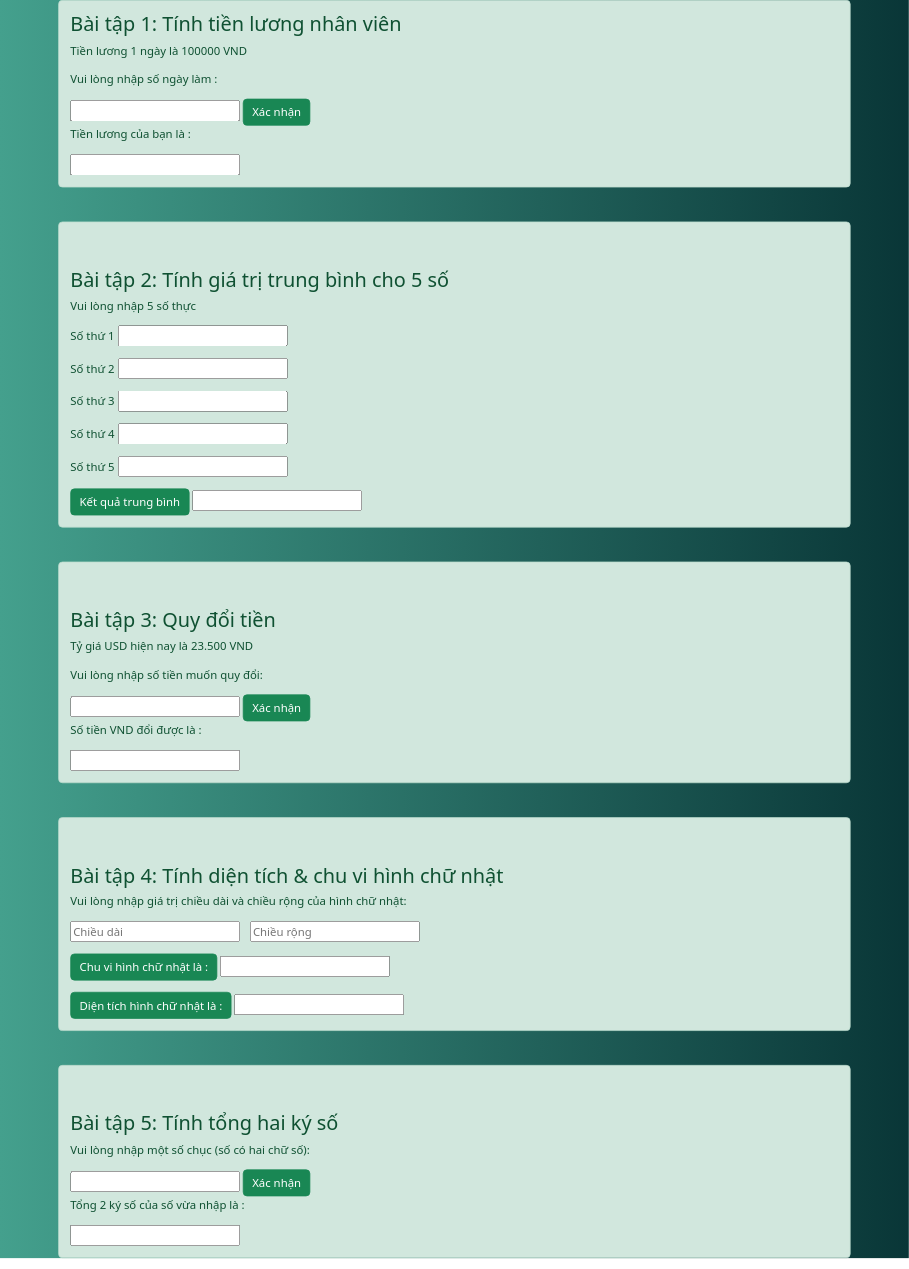
Repository: hcozyph/TranHuuPhuoc_BC43_BT_JS_Buoi2
Page: index.html
An editor plug-in stored every save of this project. The page is shown before and after the next save, followed by the edit.
The browser window is 1280 px wide. The pictures show the whole page, at 71% of full size.

Above is the page before, as saved 2023-02-03 20:30:59.

After the next save:
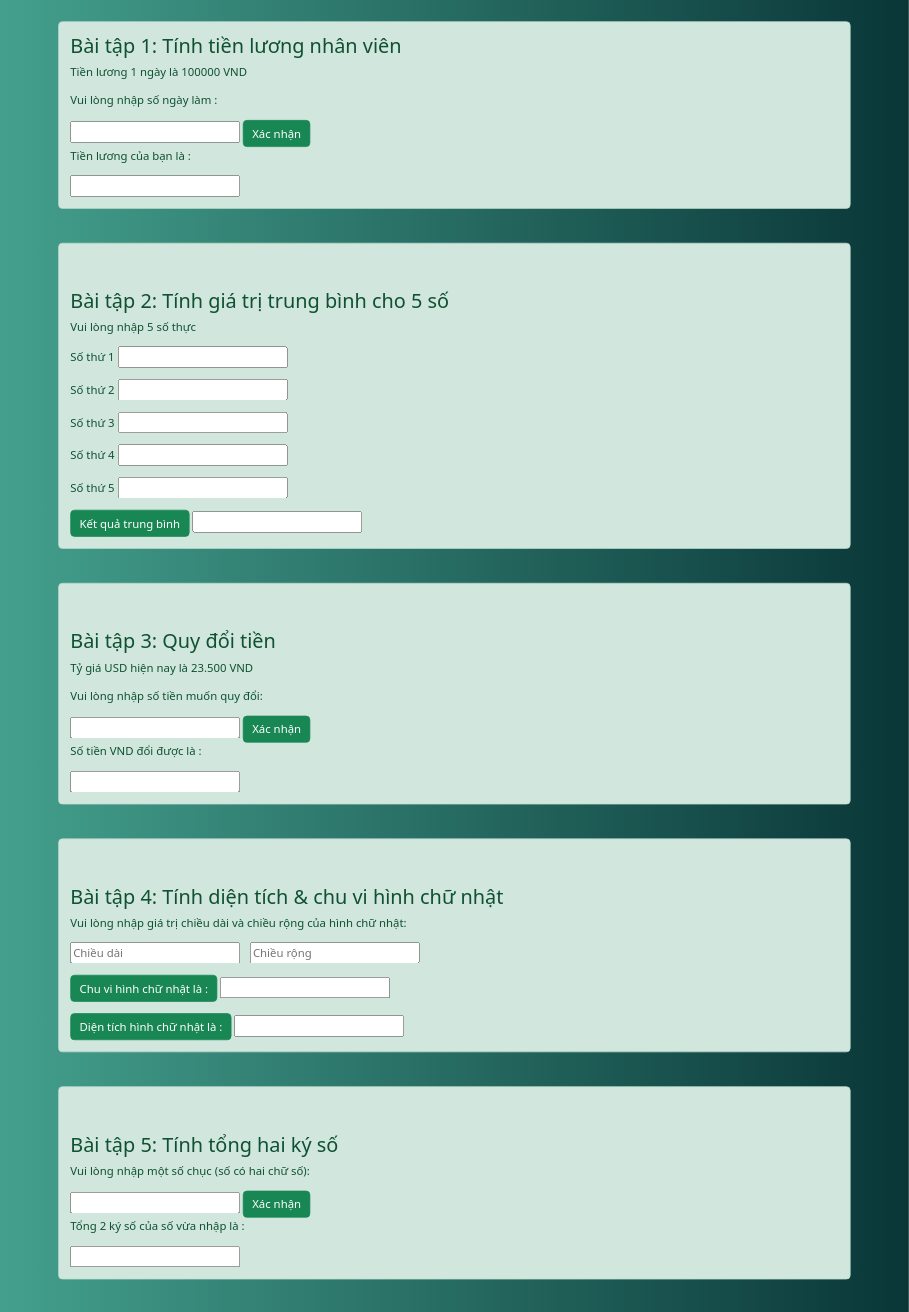
Saved 12 s later.
--- a/style/index.css
+++ b/style/index.css
@@ -1,7 +1,7 @@
 .btvn {
-    width: 100 vw;
     background: linear-gradient(to right, rgb(68, 160, 141), rgb(9, 54, 55));
     background-repeat: no-repeat;
     background-size: cover;
     margin: 0 auto;
+    padding: 30px;
 }
